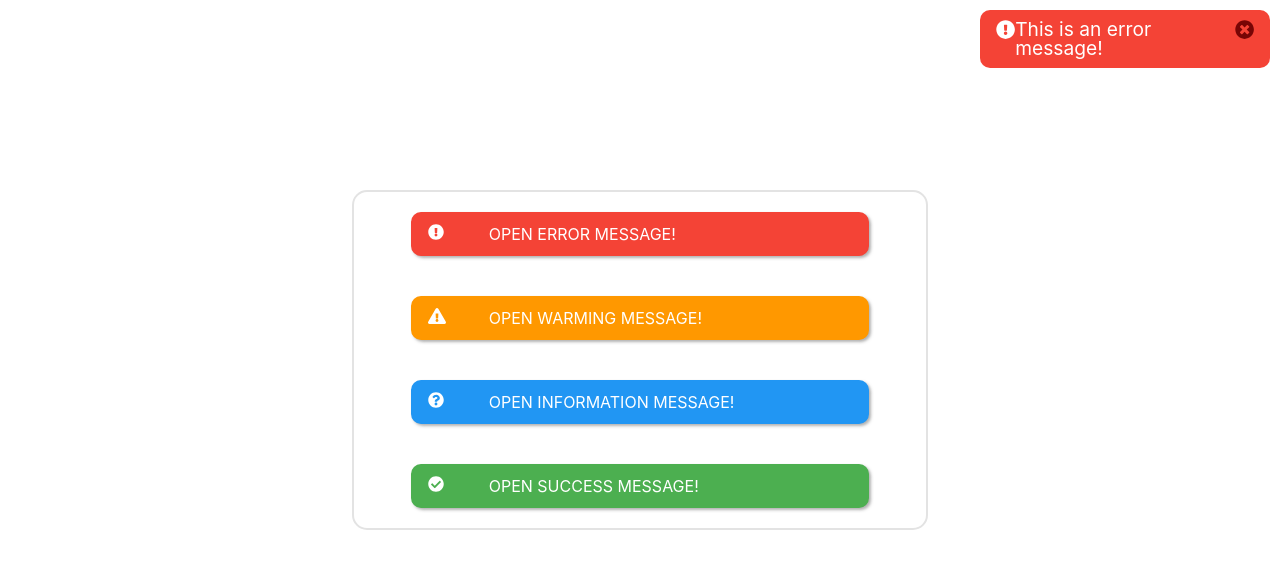
Repository: KrzysKolo/sr_tydzien5_zad2
Page: /, after clicking the first element matching `div.btn`
These files come from the project's save history. The page is drawn as it stood at one moment and after the next save; the edit follows.
The browser window is 1280 px wide. The pictures show the whole page.
The project was rebuilt for these pictures with package versions that can differ from the ones it lists, and the page was loaded fresh each time.

Above is the page before, as saved 2020-12-28 06:00:18.

After the next save:
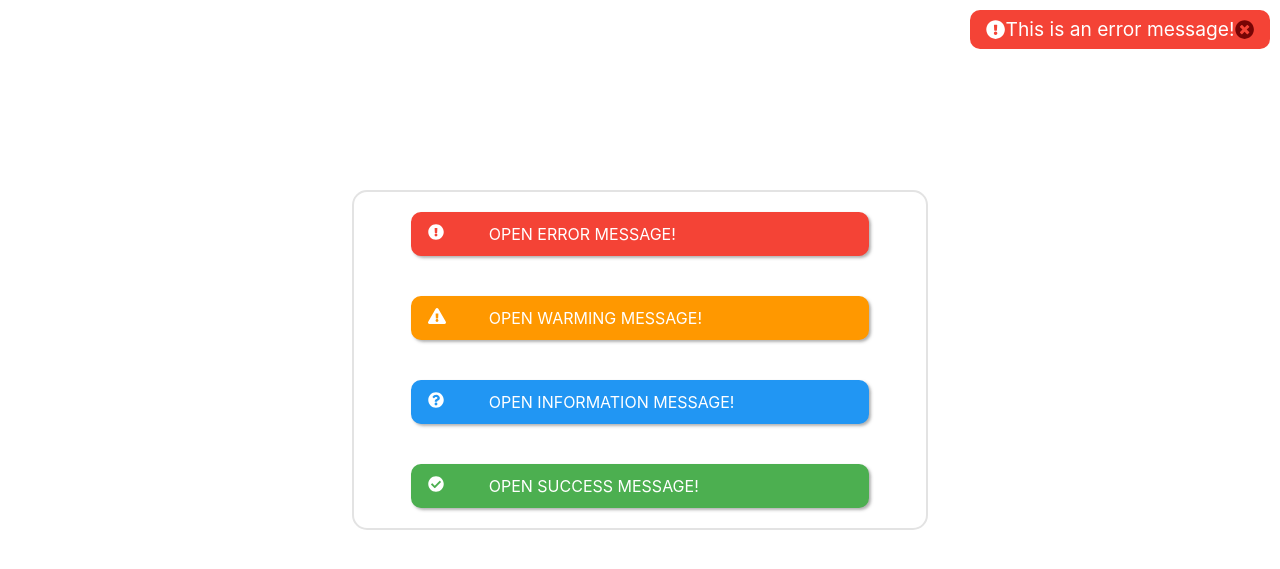
Saved 28 s later.
--- a/src/App.css
+++ b/src/App.css
@@ -37,7 +37,7 @@ body {
   padding: 10px 16px;
   border-radius: 10px;
   width: 20%;
-  min-width: 290px;
+  min-width: 300px;
   display: flex;
   flex-direction: row;
   justify-content: space-between;
